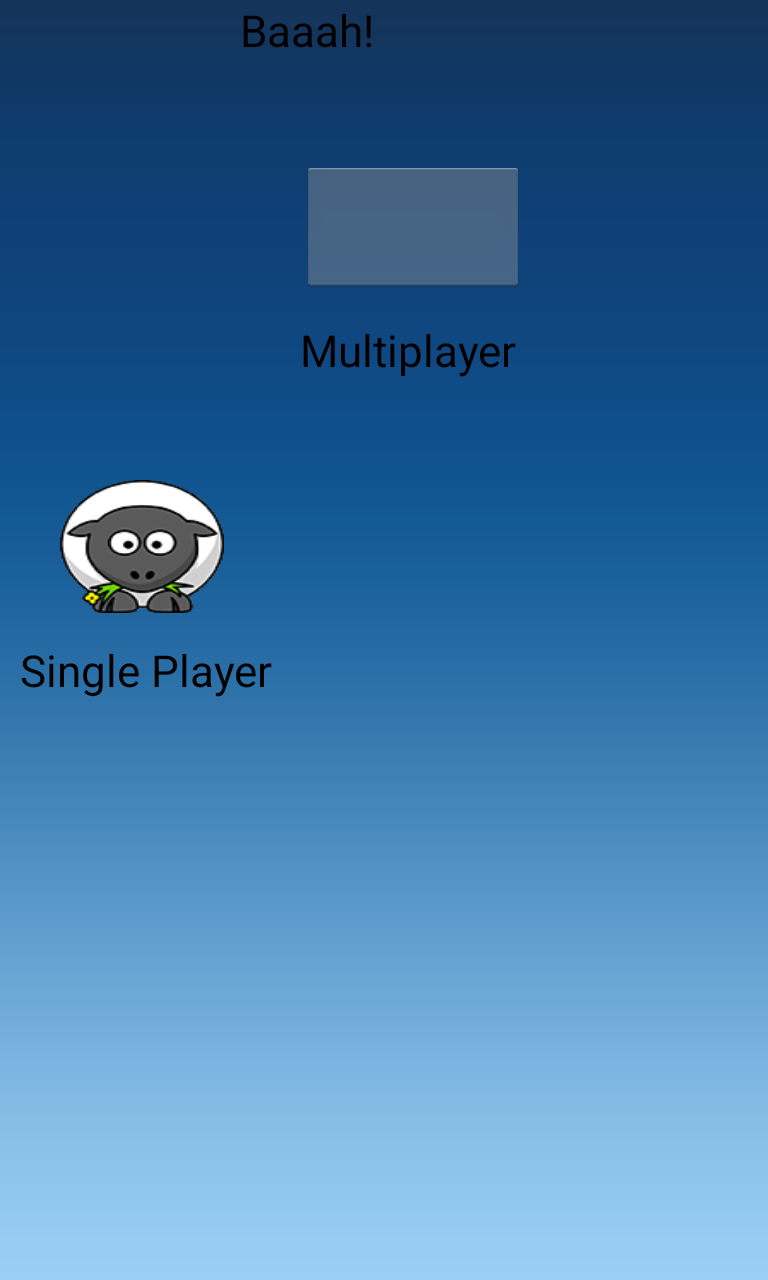
Repository: exilonX/CodeWarsFelula
Layout: Baa/res/layout/end_game.xml
An editor plug-in stored every save of this project. The layout is shown before and after the next save, followed by the edit.
It is drawn on a 768 x 1280 px phone screen (xhdpi) without system bars, with theme AppTheme; the app's code is not run.

Above is the layout before, as saved 2014-02-22 17:13:17.

### Baa/res/layout/end_game.xml
<?xml version="1.0" encoding="utf-8"?>
<FrameLayout xmlns:android="http://schemas.android.com/apk/res/android"
    android:layout_width="fill_parent"
    android:layout_height="fill_parent"
    android:background="@drawable/background"
    android:orientation="vertical" >

    <Button
        android:id="@+id/player1"
        android:layout_width="113dp"
        android:layout_height="67dp"
        android:layout_marginBottom="90dp"
        android:layout_marginLeft="150dp"
        android:layout_marginRight="0dp"
        android:layout_marginTop="80dp"
        />

    <Button
        android:id="@+id/player2"
        android:layout_width="82dp"
        android:layout_height="wrap_content"
        android:layout_marginBottom="0dp"
        android:layout_marginLeft="30dp"
        android:layout_marginRight="120dp"
        android:layout_marginTop="240dp"
        android:background="@drawable/single"
        android:onClick="start_singleplayer" />

    <TextView
        android:id="@+id/textView1"
        android:layout_width="120dp"
        android:layout_height="wrap_content"
        android:layout_marginBottom="110dp"
        android:layout_marginLeft="150dp"
        android:layout_marginRight="0dp"
        android:layout_marginTop="160dp"
        android:layout_weight="0.06"
        android:text="Multiplayer"
        android:textAppearance="?android:attr/textAppearanceLarge" />

    <TextView
        android:id="@+id/textView2"
        android:layout_width="wrap_content"
        android:layout_height="wrap_content"
        android:layout_marginBottom="110dp"
        android:layout_marginLeft="10dp"
        android:layout_marginRight="0dp"
        android:layout_marginTop="320dp"
        android:text="Single Player"
        android:textAppearance="?android:attr/textAppearanceLarge" />

    <TextView
        android:id="@+id/textView3"
        android:layout_width="wrap_content"
        android:layout_height="wrap_content"
        android:layout_marginBottom="110dp"
        android:layout_marginLeft="120dp"
        android:layout_marginRight="0dp"
        android:layout_marginTop="0dp"
        android:text="Baaah!"
        android:textAppearance="?android:attr/textAppearanceLarge" />

</FrameLayout>

Loaded but not shown: Baa/res/values/styles.xml (common file); Baa/res/values-v11/styles.xml (common file); Baa/res/values-v14/styles.xml (common file)

After the next save:
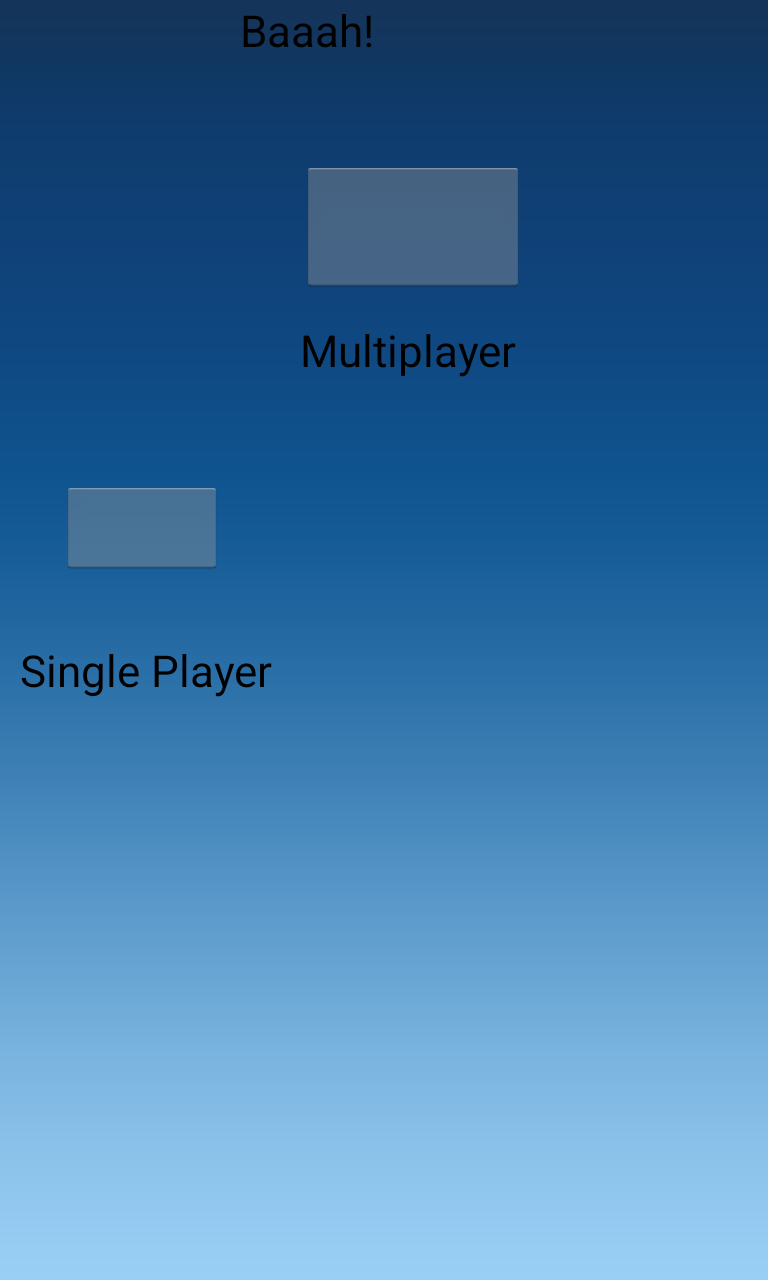
Saved 7 s later.
--- a/Baa/res/layout/end_game.xml
+++ b/Baa/res/layout/end_game.xml
@@ -23,8 +23,7 @@
         android:layout_marginLeft="30dp"
         android:layout_marginRight="120dp"
         android:layout_marginTop="240dp"
-        android:background="@drawable/single"
-        android:onClick="start_singleplayer" />
+        />
 
     <TextView
         android:id="@+id/textView1"
